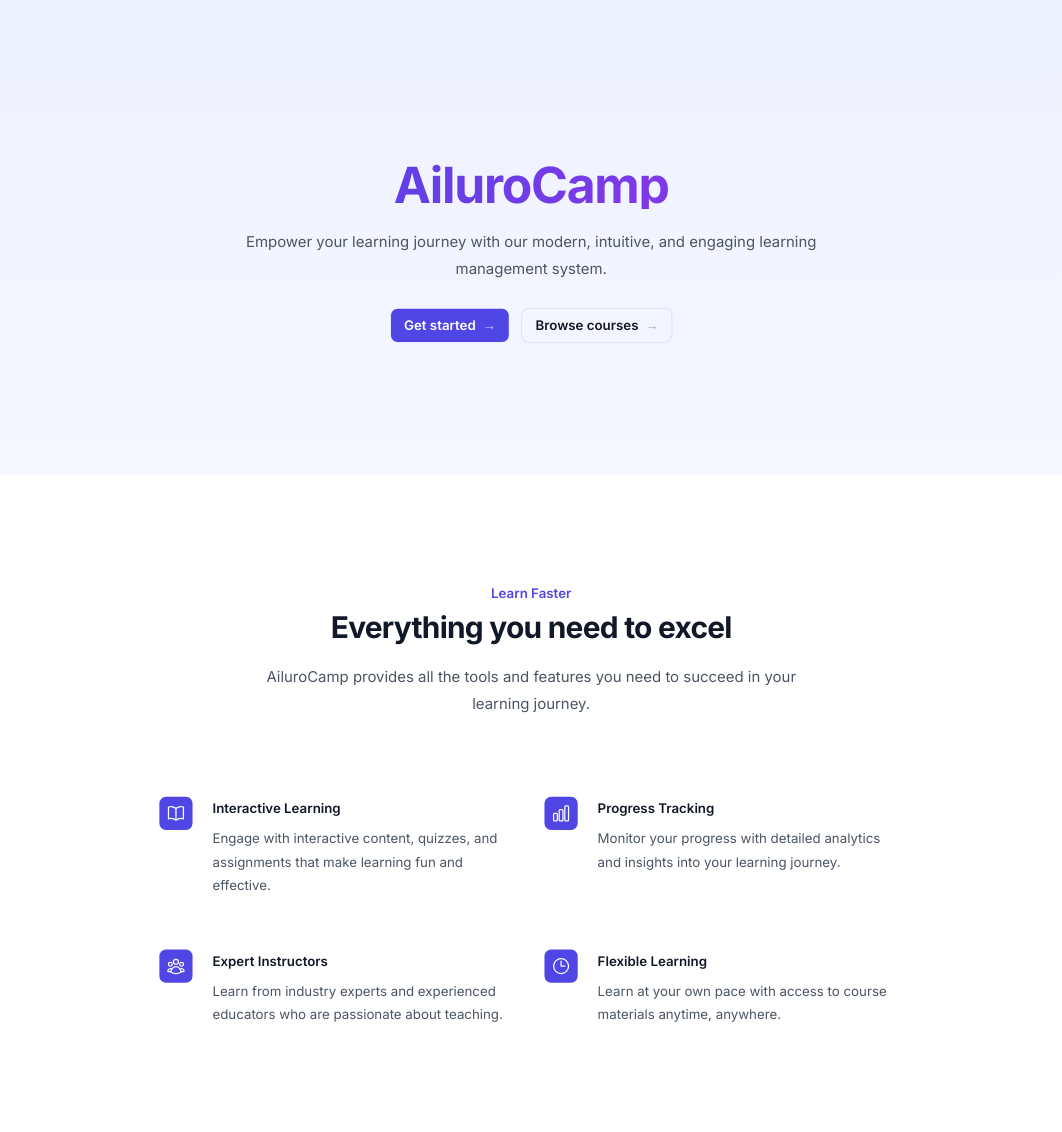
Repository: Ailurotech/ailurocamp
Page: /
The author's editor kept a copy of each file at every save. The page is drawn from the files as they stood at one save, then again after the next save.
The browser window is 1280 px wide. The pictures show the whole page, at 83% of full size.
The page's requests for data from a server got no answer. The project was rebuilt for these pictures with package versions that can differ from the ones it lists, and the page was loaded fresh each time. The framework's server and built-in components were replaced by stand-ins that run in the browser. No one was signed in, and anything a server would have sent is missing. Also part of the build but not shown: next.config.js, next.config.ts.

Above is the page before, as saved 2025-03-08 23:16:57.

After the next save:
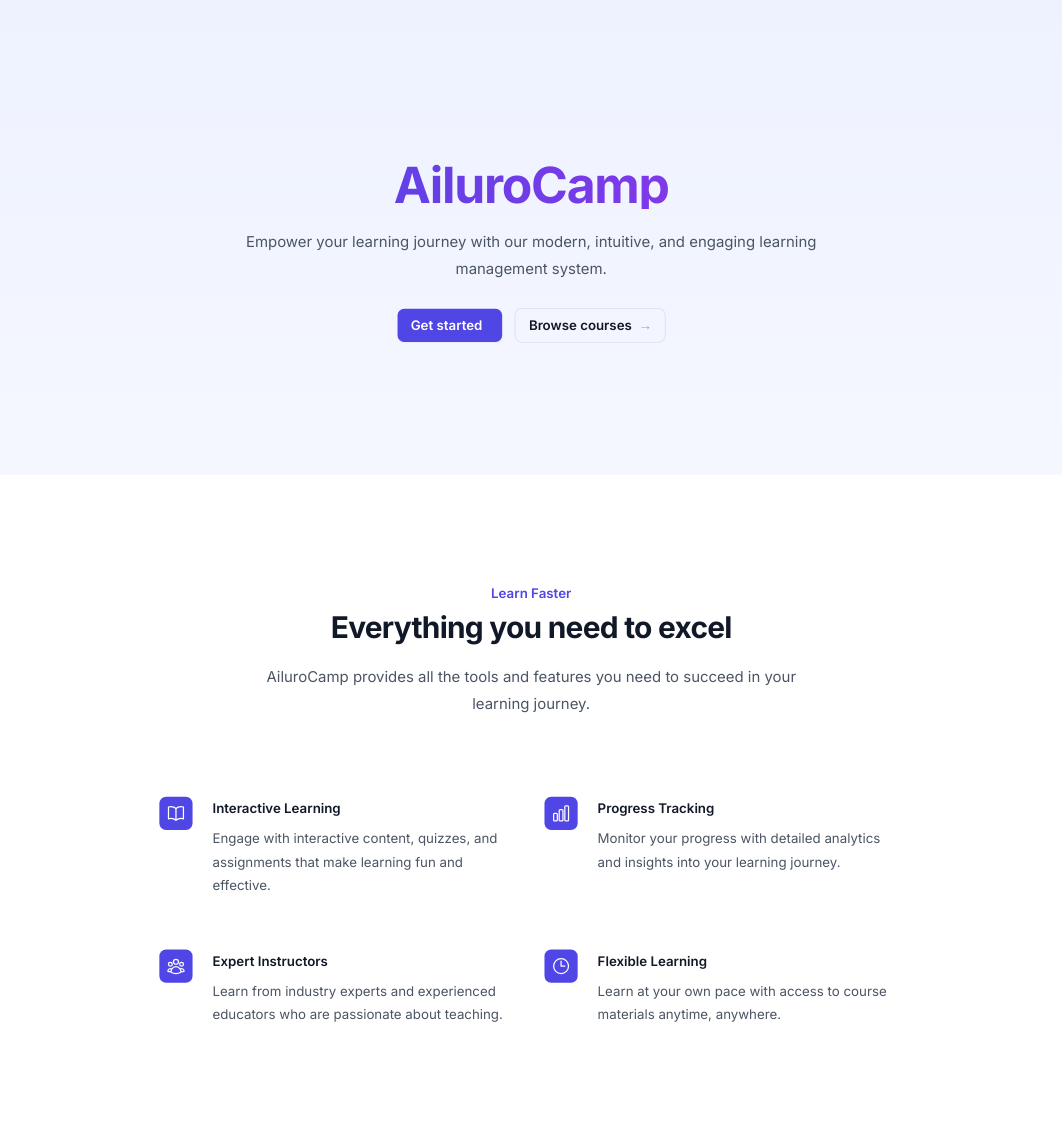
Saved 5 min 13 s later.
--- a/src/app/page.tsx
+++ b/src/app/page.tsx
@@ -29,9 +29,10 @@ export default function HomePage() {
                   className="inline-block rounded-lg bg-indigo-600 px-4 py-1.5 text-base font-semibold leading-7 text-white shadow-sm hover:bg-indigo-500 transition-colors duration-200"
                 >
                   Get started
-                  <span className="text-indigo-200 ml-2" aria-hidden="true">
-                    →
-                  </span>
+                  <span
+                    className="text-indigo-200 ml-2"
+                    aria-hidden="true"
+                  ></span>
                 </Link>
                 <Link
                   href="/courses"
